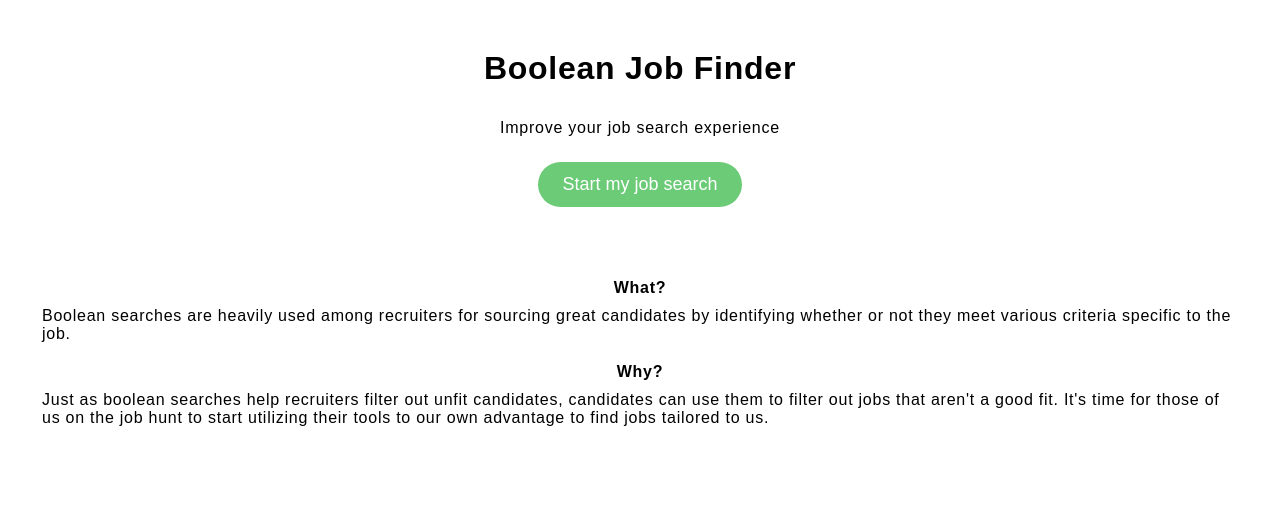
Repository: Rthompson2548/boolean-job-searcher
Page: /
An editor plug-in stored every save of this project. The page is shown before and after a run of saves, followed by the edit.
The browser window is 1280 px wide. The pictures show the whole page.
The project was rebuilt for these pictures with package versions that can differ from the ones it lists, and the page was loaded fresh each time.

Above is the page before, as saved 2022-04-05 14:09:50.

After the next 5 saves:
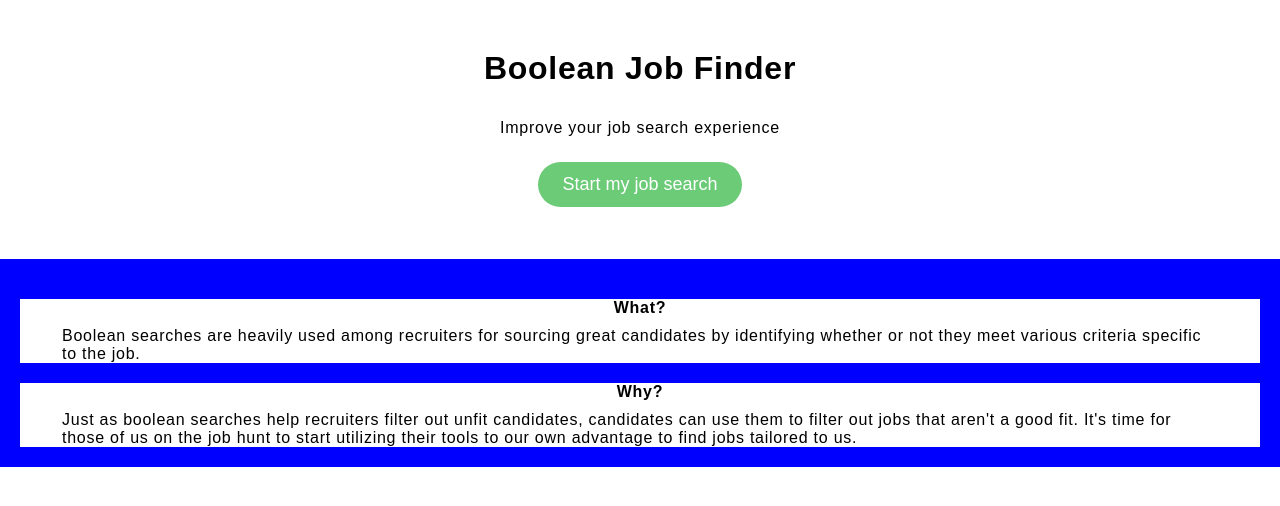
The 5 saves are shown as one change because they came seconds apart.
The last was saved 14 s later.
--- a/src/styles.css
+++ b/src/styles.css
@@ -43,7 +43,8 @@ h3 {
 }
 
 .what-why {
-  color: #000;
+  background-color: blue;
+  padding: 20px;
 }
 
 .what-why p {
